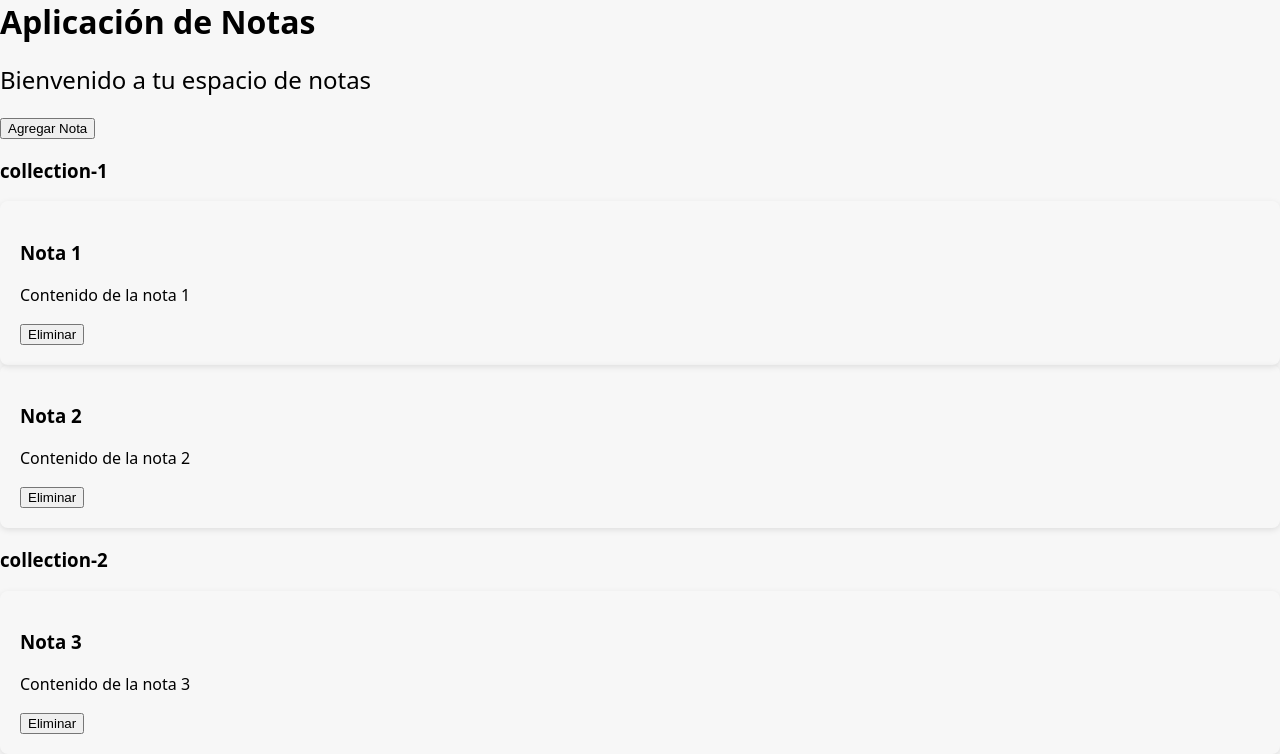
Repository: xunxuno/aplicacion_web_notas
Page: / (app in notas_web_app/)
The author's editor kept a copy of each file at every save. The page is drawn from the files as they stood at one save, then again after the next save.
The browser window is 1280 px wide. The pictures show the whole page.
The project was rebuilt for these pictures with package versions that can differ from the ones it lists, and the page was loaded fresh each time. Also part of the build but not shown: notas_web_app/vite.config.ts, notas_web_app/src/components/NoteModal.tsx.

Above is the page before, as saved 2024-09-30 14:15:47.

After the next save:
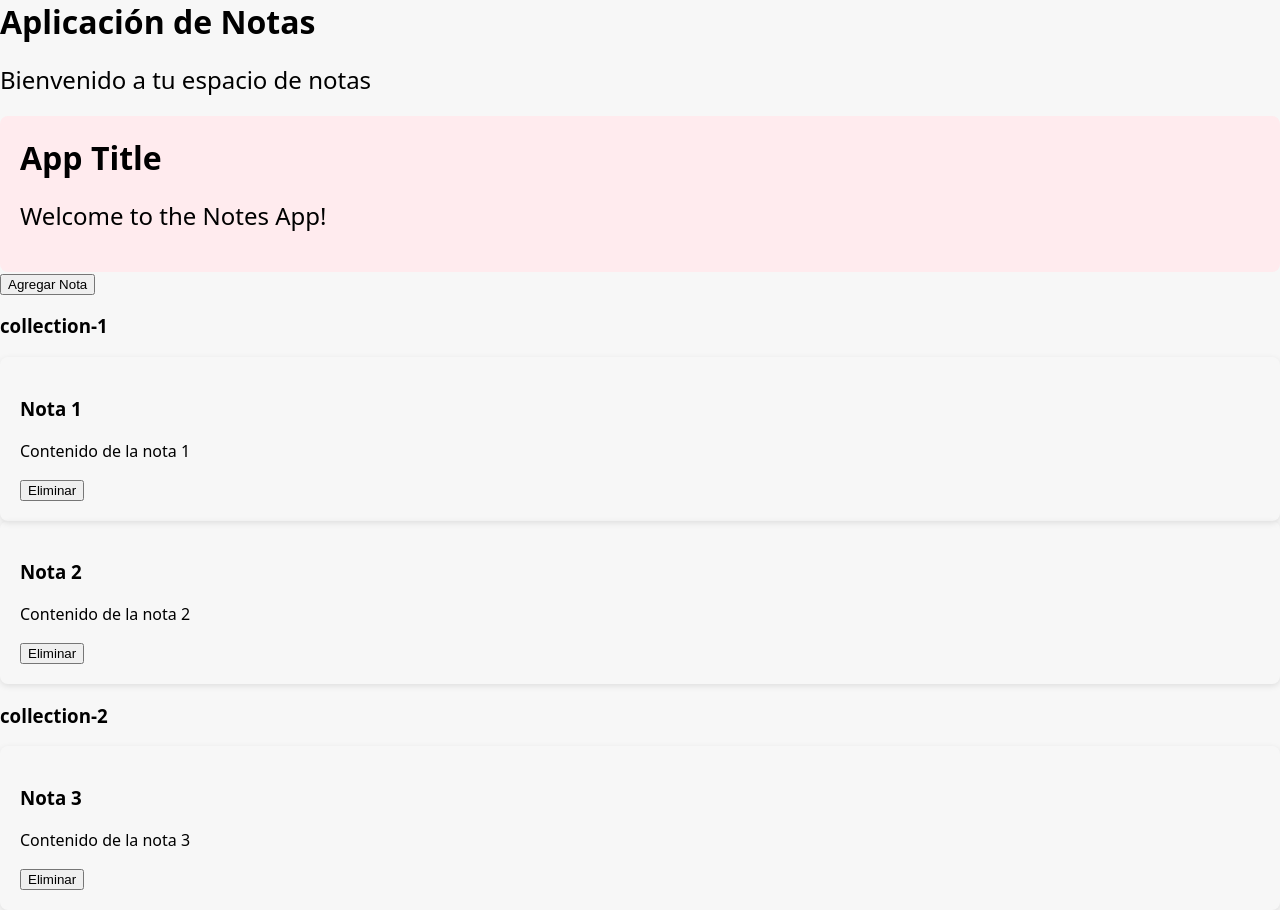
Saved 4 min 19 s later.
--- a/notas_web_app/src/App.tsx
+++ b/notas_web_app/src/App.tsx
@@ -3,6 +3,7 @@ import { NotesProvider, NotesContext } from './contexts/NotesContext';
 import NoteCollection from './components/NoteCollection';
 import NoteModal from './components/NoteModal';
 import './styles.css';
+import AppBar from './components/AppBar';
 
 // Renombrar la interfaz para evitar conflictos
 interface Note {
@@ -38,6 +39,7 @@ const App: React.FC = () => {
       <div>
         <h1>Aplicación de Notas</h1>
         <h2>Bienvenido a tu espacio de notas</h2>
+        <AppBar></AppBar>
 
         {/* Botón para abrir el modal de agregar nota */}
         <button onClick={() => setModalOpen(true)}>Agregar Nota</button>
